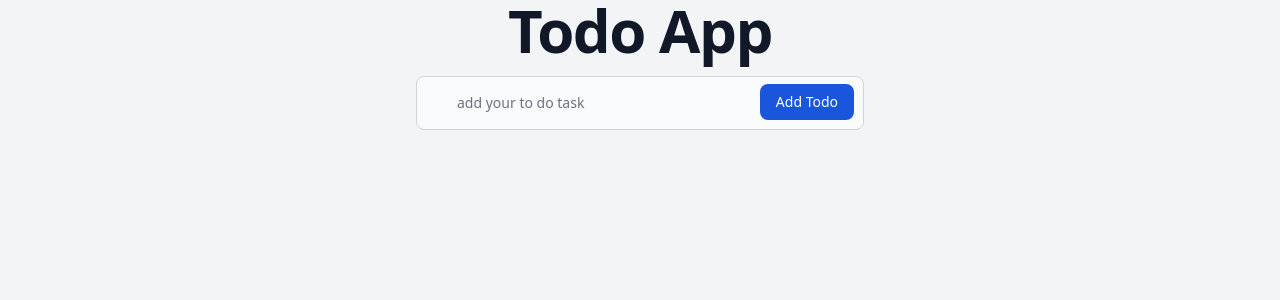
Repository: sodmaq/Todo-App
Page: /
These files come from the project's save history. The page is drawn as it stood at one moment and after the next save; the edit follows.
The browser window is 1280 px wide. The pictures show the whole page.
The project was rebuilt for these pictures with package versions that can differ from the ones it lists, and the page was loaded fresh each time. Also part of the build but not shown: vite.config.js, src/components/TodoItem.jsx.

Above is the page before, as saved 2024-09-03 18:12:04.

After the next save:
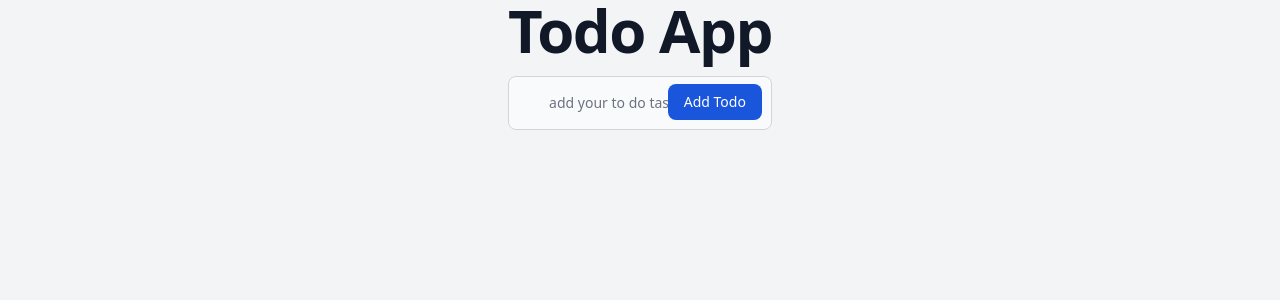
Saved 9 min 6 s later.
--- a/src/App.jsx
+++ b/src/App.jsx
@@ -31,7 +31,7 @@
   };
 
   return (
-    <main className="bg-gray-100 h-screen">
+    <main className="bg-gray-100 h-screen flex">
       <div className="max-w-md mx-auto">
         <Header />
         <TodoInput addTodo={addTodo} />
